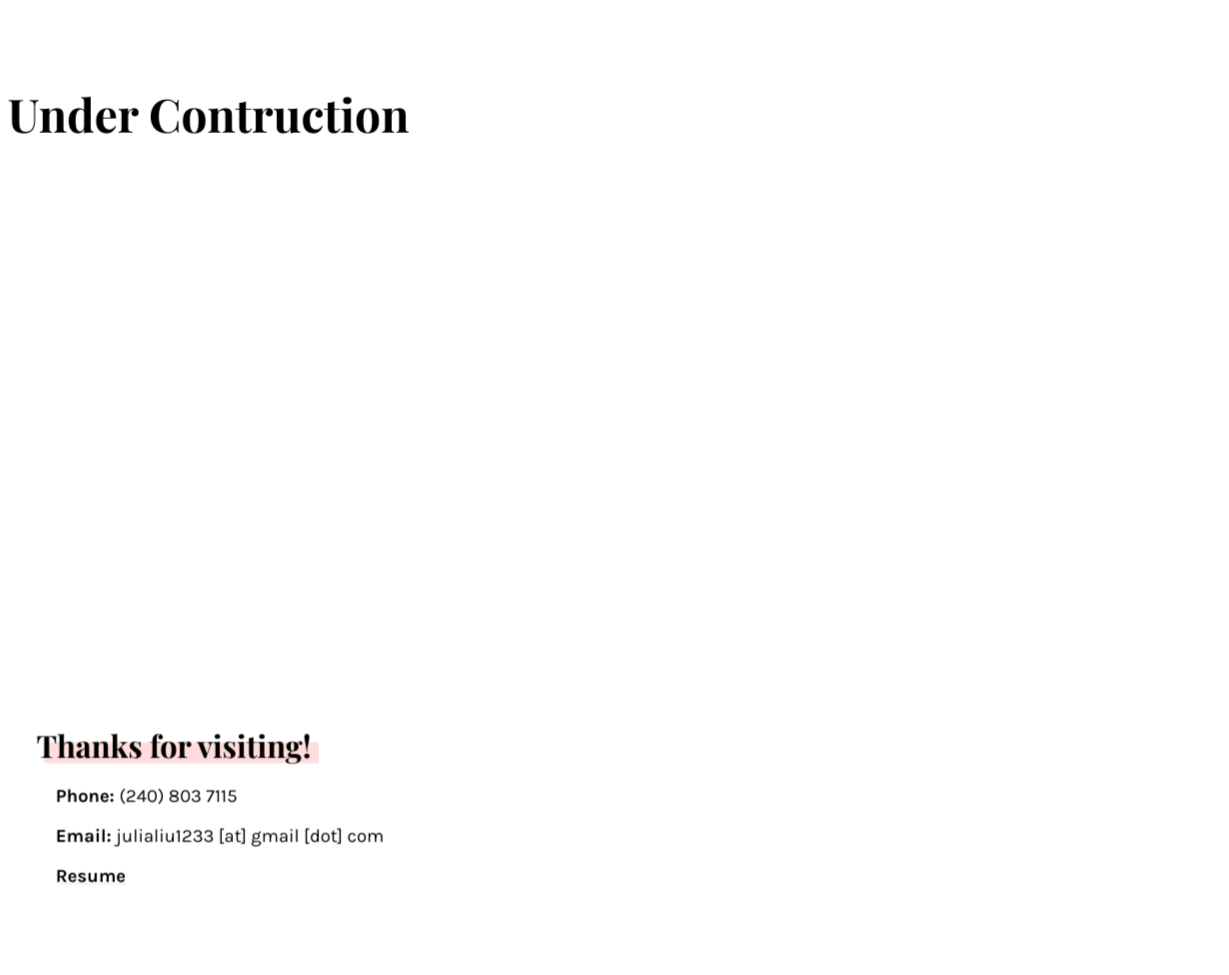
Repository: liu-julia/liu-julia.github.io
Page: about.html
The author's editor kept a copy of each file at every save. The page is drawn from the files as they stood at one save, then again after the next save.
The browser window is 1280 px wide. The pictures show the whole page, at 96% of full size.

Above is the page before, as saved 2022-05-10 22:13:48.

### about.html
<!DOCTYPE html>
<html lang="en">
<head>
    <meta charset="UTF-8">
    <meta http-equiv="X-UA-Compatible" content="IE=edge">
    <meta name="viewport" content="width=device-width, initial-scale=1.0">
    <link rel="preconnect" href="https://fonts.googleapis.com">
    <link rel="preconnect" href="https://fonts.gstatic.com" crossorigin>
    <link href="https://fonts.googleapis.com/css2?family=Karla:wght@300;400;700&family=Open+Sans:wght@300;400;700&family=Playfair+Display:wght@400;700&family=Prata&display=swap" rel="stylesheet">
    <link rel="stylesheet" href="css/styles.css">
    <link rel="icon" href="images/jllogo.png">
    <script src="js/scripts.js"></script>
    <title>Julia Liu</title>
</head>
<body>
    <header id="topbar">
        <img id="logo" src="images/jllogo.png" alt="JL logo">
        <div id="navbar">
            <a class="hl_hover" href="index.html">Projects</a>
            <a class="highlighted" href="about.html">About</a>
            <a class="hl_hover" href="contact.html">Contact</a>
        </div>
    </header>
    <div id="content">
        <div id="construction">
            <br>
            <br>
            <h2>Under Contruction</h2>
        </div>
        <div id="foot">
            <h3 class="highlighted">Thanks for visiting!</h3>
            <div>
                <p><b>Phone: </b> (240) 803 7115</p>
                <p><b>Email: </b> juli<!--anti spam-->aliu1233 <!--anti spam--> [at] gmai<!--anti spam-->l [dot] com</p>
                <a href="JuliaLiu.pdf"><b>Resume</b></a>
            </div>
        </div>
    </div>
</body>
</html>

### css/styles.css
:root {
    font-family: 'Karla', sans-serif;
}
html {
    height: 100%;
}
header {
    position: fixed;
    top: 0;
    left: 0;
    right: 0;
    width: 100%;
    height: 60px;
    background-color: white;
    z-index: 1;
    box-shadow: 0 0 10px #FFFFFF;
    transition: top .2s;
}
#logo {
    width: 25px;
    height: 35px;
    padding: 13px;
}
#navbar {
    float: right;
}
#navbar a {
    position: relative;
    top: 10px;
    margin-right: 25px;
    align-self: center;
    color: black;
}
body {
    height: 100%;
}
#content {
    height: 100%;
}
h1 {
    font-family: 'Prata', serif;
    font-weight: 400;
    font-size: 6em;
}
#top {
    height: 100%;
}
h1{
    position: absolute;
    bottom: 12rem;
    left: 1rem;
    right: 1rem;
    text-align: center;
    margin: auto;
    width: 75%;
}
h1.highlighted::before {
    content: "";
    position: absolute;
    width: 100%;
    background: #ffdddd;
    left: .25em;
    bottom: .15em;
    height: .7em;
    z-index: -1;
    animation: highlightAnimation ease 3s;
    animation-iteration-count: 1;
    animation-fill-mode: forwards;
}

@keyframes highlightAnimation {
    0% {
        transform: scaleX(0);
        transform-origin: left;
    }
    100% {
        transform: scaleX(1);
        transform-origin: left;
     }
}

#navbar a.highlighted::before {
    content: "";
    position: absolute;
    width: 100%;
    background: #ffdddd;
    left: .25em;
    bottom: .05em;
    height: .7em;
    z-index: -1;
}
.hl_hover::before {
    content: "";
    position: absolute;
    width: 100%;
    background: #ffdddd;
    left: .25em;
    bottom: .05em;
    height: .7em;
    z-index: -1;
    transition: transform 0.5s;
    transform: scaleX(0);
    transform-origin: right;
}
.hl_hover:hover::before {
    transform: scaleX(1);
    transform-origin: left;
}
h2 {
    font-family: 'Playfair Display', serif;
    font-size: 3em;
}
h3 {
    font-family: 'Playfair Display', serif;
    font-size: 2em;

}
h3.highlighted::before {
    content: "";
    position: absolute;
    width: 100%;
    background: #ffdddd;
    left: .25em;
    bottom: .05em;
    height: .7em;
    z-index: -1;
}
#navbar a {
    font-family: 'Playfair Display', serif;
    font-size: 1.5em;
    font-weight: 700;
    text-decoration: none;
}
p {
    font-size: 1.2rem;
}
#head_desc {
    font-size: 1.5em;
    font-weight: 400;
    position: absolute;
    bottom: 6rem;
    width: 90%;
    left: 1rem;
    right: 1rem;
    text-align: center;
    margin: auto;
    width: 75%;
}
.project {
    display: flex;
    align-items: center;
}
#face {
    position: absolute;
    width: 350px;
    height: 350px;
    top: 5rem;
    left: 30rem;
    right: 30rem;
    border-radius: 2em;
    margin: auto;
    box-shadow: 2px 2px 10px #00000066;
}
#foot {
    padding-left: 30px;
    position: absolute;
    width: 90%;
    height: 40%;
}
#foot h3.highlighted {
    position: absolute;
    bottom: 65%;
}
#foot div {
    position: absolute;
    bottom: 25%;
    padding: 20px;
}
a {
    color: black;
    text-decoration: underline;
    text-decoration-color: #ffdddd;
    transition: text-decoration ease-in .2s;
}
#foot a {
    font-size: 1.2rem;
}
a:hover {
    text-decoration-color: #ffb4b4;
}
#construction {
    height: 100%;
}

body {
    animation: fadeInAnimation ease 2s;
    animation-iteration-count: 1;
    animation-fill-mode: forwards;
}

@keyframes fadeInAnimation {
    0% {
        opacity: 0;
    }
    100% {
        opacity: 1;
     }
}
.project {
    width: 70%;
    display: flex;
    margin: auto;
    height: 40%;
    padding: 2.5rem;
}
.project img {
    max-width: 40%;
    max-height: 100%;
    box-shadow: 2px 2px 10px #00000066;
    border-radius: 2rem;
    margin: 2em;
}

a img {
    max-width: 8%;
    position: absolute;
    bottom: 30px;
    margin: auto;
    left: 1rem;
    right: 1rem;
}

### js/scripts.js
var prevScrollpos = window.pageYOffset;
window.onscroll = function() {
  var currentScrollPos = window.pageYOffset;
  if (prevScrollpos > currentScrollPos) {
    document.getElementById("topbar").style.top = "0";
  } else {
    document.getElementById("topbar").style.top = "-70px";
  }
  prevScrollpos = currentScrollPos;
}

After the next save:
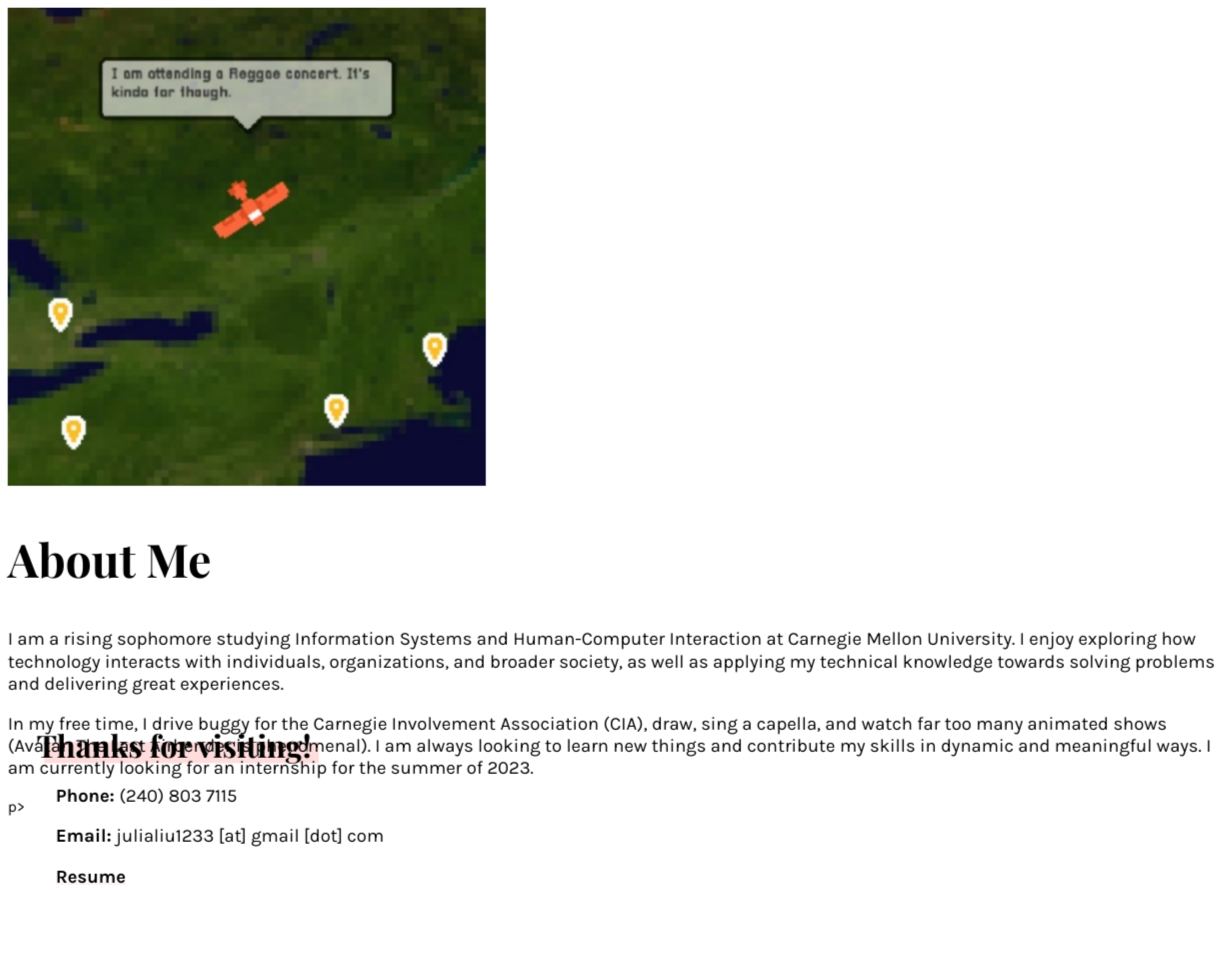
Saved 7 days later.
--- a/about.html
+++ b/about.html
@@ -22,10 +22,13 @@
         </div>
     </header>
     <div id="content">
-        <div id="construction">
-            <br>
-            <br>
-            <h2>Under Contruction</h2>
+        <div class="about">
+            <img src="images/soaringtheskies.jpg" alt="Julia Liu">
+            <div class="about-text">
+                <h2>About Me</h2>
+                <p>I am a rising sophomore studying Information Systems and Human-Computer Interaction at Carnegie Mellon University. I enjoy exploring how technology interacts with individuals, organizations, and broader society, as well as applying my technical knowledge towards solving problems and delivering great experiences.</p>
+                <p>In my free time, I drive buggy for the Carnegie Involvement Association (CIA), draw, sing a capella, and watch far too many animated shows (Avatar: The Last Airbender is phenomenal). I am always looking to learn new things and contribute my skills in dynamic and meaningful ways. I am currently looking for an internship for the summer of 2023. </div>p>
+            </div>
         </div>
         <div id="foot">
             <h3 class="highlighted">Thanks for visiting!</h3>
